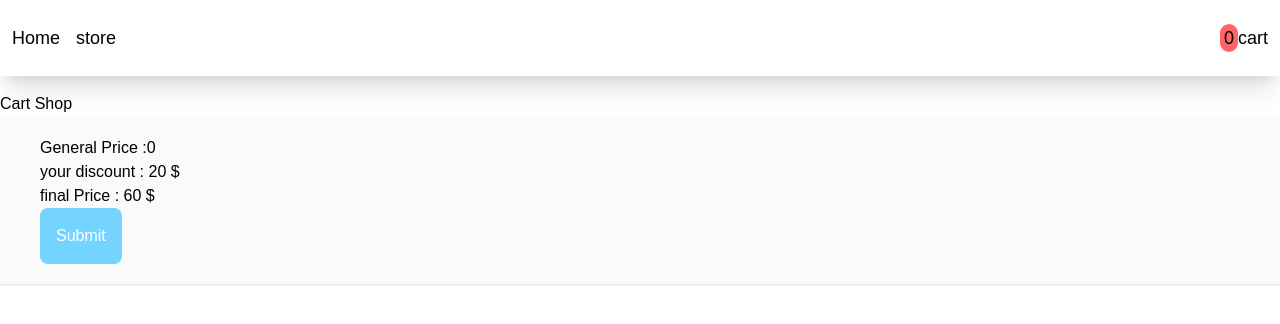
Repository: Rohullah-Noori/Nextjs-online-shop
Page: /cart
These files come from the project's save history. The page is drawn as it stood at one moment and after the next save; the edit follows.
The browser window is 1280 px wide. The pictures show the whole page.
The project was rebuilt for these pictures with package versions that can differ from the ones it lists, and the page was loaded fresh each time. The framework's server and built-in components were replaced by stand-ins that run in the browser. Requests to the local data server were answered from the project's data file. Also part of the build but not shown: next.config.ts, src/app/components/AddToCart.tsx, src/app/components/CartItem.tsx.

Above is the page before, as saved 2025-05-13 16:32:10.

### src/app/cart/page.tsx
"use client";

import React, { useEffect, useState } from "react";
import Container from "../components/Container";
import CartItem from "../components/CartItem";
import { useShopingContextCustim } from "../context/page";
import axios from "axios";
import { IProductsProps } from "../components/Products";
import { formatNumber } from "@/utils/number";

export default function Cart() {
  const { cart } = useShopingContextCustim();

  const [data, setData] = useState<IProductsProps[]>([]);

  useEffect(() => {
    axios(`http://localhost:3004/products`).then((res) => {
      const { data } = res;
      setData(data);
    });
  }, []);

  console.log(data);

  return (
    <Container>
      <h1>Cart Shop</h1>
      {cart.map((item) => (
        <CartItem key={item.id} {...item} />
      ))}

      <div className="shadow bg-gray-50 gap-y-3 px-10 py-5 ">
        <p>
          General Price :
          <span>
            {formatNumber(
              cart.reduce((total, item) => {
                const selectedproduct = data.find(
                  (product) => product.id == item.id.toString()
                );
                return total + (selectedproduct?.price ?? 0) * item.qty;
              }, 0)
            )}
          </span>
        </p>
        <p>
          your discount : <span>20 $</span>{" "}
        </p>
        <p>
          final Price : <span>60 $</span>
        </p>
        <div className=" flex justify-start gap-x-3">
          <button className=" p-4 rounded-lg bg-sky-300 text-white">
            Submit
          </button>
          {/* <input
            type="text"
            value={"please enter your discount code"}
            className="w-[300px] bg-sky-50 rounded-lg px-3 text-gray-400"
          /> */}
        </div>
      </div>
    </Container>
  );
}

### src/app/components/Layout.tsx
import React from "react";
import Navbar from "./Navbar";

interface IlayoutProps {
  children: React.ReactNode;
}

export default function Layout({ children }: IlayoutProps) {
  return (
    <div>
      <Navbar />
      {children}
    </div>
  );
}

### src/app/context/page.tsx
"use client";
import React, { createContext, useContext, useState } from "react";

type IshopContextProps = {
  children: React.ReactNode;
};

type cartItems = {
  id: number;
  qty: number;
};

type TshopingContext = {
  cart: cartItems[];
  HandleincreasetoCard: (id: number) => void;
  getProductqty: (id: number) => number;
  totalitemsqty: number;
  handledecreasetoCard: (id: number) => void;
  RemovehandleSubmit: (id: number) => void;
};

const shopingContext = createContext({} as TshopingContext);

export const useShopingContextCustim = () => {
  return useContext(shopingContext);
};

export default function ConextShop({ children }: IshopContextProps) {
  const [cart, setCart] = useState<cartItems[]>([]);

  const getProductqty = (id: number) => {
    return cart.find((item) => item.id == id)?.qty ?? 0;
  };

  const totalitemsqty = cart.reduce((totalgqty, item) => {
    return totalgqty + item.qty;
  }, 0);

  const HandleincreasetoCard = (id: number) => {
    setCart((prev) => {
      const isnotExist = prev.find((item) => item.id === id) == null;
      if (isnotExist) {
        return [...prev, { id: id, qty: 1 }];
      } else {
        return prev.map((item) => {
          if (item.id == id) {
            return { ...item, qty: item.qty + 1 };
          } else {
            return item;
          }
        });
      }
    });
  };

  const handledecreasetoCard = (id: number) => {
    setCart((prev) => {
      const islastOne = prev.find((item) => item.id == id)?.qty == 1;
      if (islastOne) {
        return prev.filter((item) => item.id != id);
      } else {
        return prev.map((item) => {
          if (item.id == id) {
            return {
              ...item,
              qty: item.qty - 1,
            };
          } else {
            return item;
          }
        });
      }
    });
  };

  const RemovehandleSubmit = (id: number) => {
    setCart((prev) => {
      return prev.filter((item) => item.id != id);
    });
  };

  return (
    <shopingContext.Provider
      value={{
        cart,
        HandleincreasetoCard,
        getProductqty,
        totalitemsqty,
        handledecreasetoCard,
        RemovehandleSubmit,
      }}
    >
      {children}
    </shopingContext.Provider>
  );
}

### src/app/components/Container.tsx
import React from "react";
interface IContainerProps {
  children: React.ReactNode;
}

export default function Container({ children }: IContainerProps) {
  return <div className="container mx-auto">{children}</div>;
}

### src/utils/number.tsx
export function formatNumber(num: number) {
  return num.toString().replace(/\B(?=(\d{3})+(?!\d))/g, ",");
}

### src/app/components/Navbar.tsx
"use client";
import Link from "next/link";
import { usePathname } from "next/navigation";

import React from "react";
import Container from "./Container";
import { useShopingContextCustim } from "../context/page";

export default function Navbar() {
  const { totalitemsqty } = useShopingContextCustim();
  const pathname = usePathname();
  const navlinks = [
    {
      title: "Home",
      href: "/",
    },
    {
      title: "store",
      href: "/store",
    },
  ];

  return (
    <nav className="  flex p-3 mb-4 text-lg  shadow-xl  ">
      <Container>
        <div className="flex justify-between my-3 ">
          <div>
            {navlinks.map((item) => (
              <Link
                key={item.href}
                className={`mr-4 ${
                  pathname === item.href ? "text-sky-400" : ""
                }`}
                href={item.href}
              >
                {item.title}
              </Link>
            ))}
          </div>
          <div>
            <span className="bg-red-400 rounded-4xl p-1">{totalitemsqty}</span>
            <Link href="/cart">cart</Link>
          </div>
        </div>
      </Container>
    </nav>
  );
}

### database/db.json
{
  "products": [
    {
      "id": "1",
      "title": " Product 1",
      "price": 30,
      "description": "Kitchen sinks are essential for washing dishes, vegetables, and hands.\nKitchen lamps provide focused lighting for cooking and food preparation.\nCabinets store utensils, cookware, and pantry items in an organized way.\nCountertops offer space for chopping, mixing, and serving meals.\nStoves and ovens are central for cooking a variety of dishes.\nRefrigerators keep food fresh and beverages cold.\nThese materials make the kitchen functional, efficient, and enjoyable to use.",
      "image": "https://m.media-amazon.com/images/I/71r1BLOWnkL._AC_UF894,1000_QL80_.jpg"
    },
    {
      "id": "2",
      "title": " Product 2",
      "price": 10,
      "description": "Household cleaners like glass and ceramic cleaners help keep surfaces shiny and free from stains.\nThey remove dirt, grease, and bacteria, making the home healthier.\nGlass cleaners leave mirrors and windows streak-free and crystal clear.\nCeramic cleaners restore the shine of tiles and prevent mold growth.\nRegular use of these products extends the life of surfaces.\nThey also reduce unpleasant odors and leave a fresh scent.\nUsing the right cleaner makes cleaning faster and more effective.",
      "image": "https://media.istockphoto.com/id/510693044/photo/house-cleaning-product-on-wood-table.jpg?s=612x612&w=0&k=20&c=EZfeRCDgSMPnqG684zQBOqyNfDGx9JWTXS1Q2Lhrjy4="
    },
    {
      "id": "3",
      "title": " Product 3",
      "price": 20,

      "description": "Household cleaning tools like toothbrushes and bathroom brushes help maintain personal and home hygiene.\nToilet brushes are essential for keeping toilets clean and germ-free.\nShampoo is not only for hair but can also be used for gentle surface cleaning.\nCeramic cleaners remove stains and keep tiles shiny and fresh.\nKitchen floor cleaners remove grease and food residue for a safer cooking space.\nYard floor cleaners help",

      "image": "https://t3.ftcdn.net/jpg/01/91/32/34/360_F_191323402_W2ATUPr8dGHALHrvyX4WVlEDz4qXmmd9.jpg"
    },
    {
      "id": "4",
      "title": " Product 4",
      "price": 100,
      "description": "Bedroom essentials like pillows and beds provide comfort and support for restful sleep.\nSoft blankets and bed sheets add warmth and relaxation.\nCurtains help control light and add privacy to your room.\nClosets and drawers keep clothes and accessories organized.\nNightstands are useful for holding lamps, books, or phones.\nCarpets add a cozy feeling and reduce noise in the room.\nThese home materials make the bedroom more comfortable and functional.",
      "image": "https://a-static.besthdwallpaper.com/colorful-cartoon-design-with-open-door-and-household-items-wallpaper-1152x768-102826_36.jpg"
    },
    {
      "id": "5",
      "title": " Product 5",
      "price": 80,
      "description": "Chairs provide comfortable seating and come in various styles for different rooms.\nLamps add both light and ambiance, making spaces feel warm and inviting.\nWall art and paintings bring personality and color to your home.\nShelves and stands help organize books, plants, and decorative items.\nRugs define areas and add texture to floors.\nMirrors enhance light and make rooms appear more spacious.\nDecorations reflect your style and turn a house into a home.",
      "image": "https://plus.unsplash.com/premium_photo-1683133958062-12afa652a4fb?fm=jpg&q=60&w=3000&ixlib=rb-4.0.3&ixid=M3wxMjA3fDB8MHxzZWFyY2h8OXx8aG9tZSUyMGRlY29yfGVufDB8fDB8fHww"
    },
    {
      "id": "6",
      "title": " Product 6",
      "price": 5,
      "description": "Fruits are a natural source of vitamins, minerals, and fiber. They come in a variety of colors, shapes, and flavors. Eating fruits regularly helps boost your immune system. Some common fruits include apples, bananas, oranges, and grapes. Fruits are a delicious and healthy snack for any time of day.Many fruits grow on trees, bushes, or vines depending on the type. Tropical fruits like mangoes and pineapples thrive in warm climates.",

      "image": "https://t3.ftcdn.net/jpg/06/06/15/56/360_F_606155606_rFYHJP0uKgPNdpT3NoDbucxp0h38rlWb.jpg"
    }
  ]
}

Loaded but not shown: src/app/layout.tsx (common file); src/app/globals.css (common file)

After the next save:
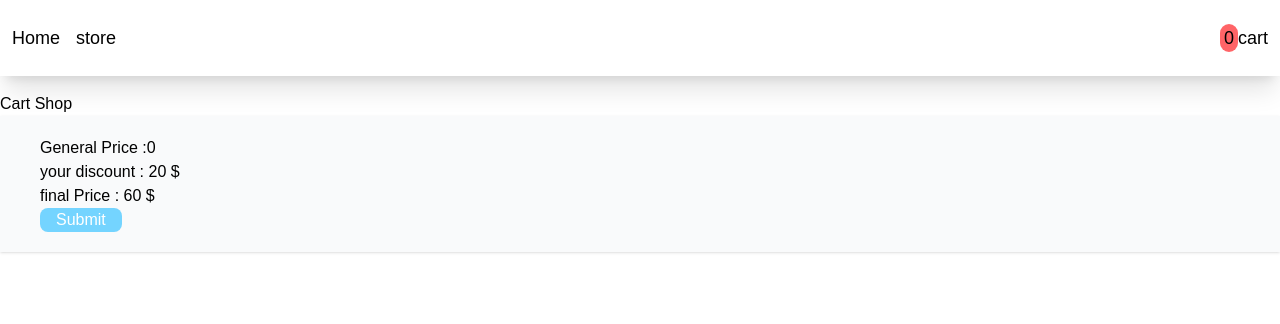
Saved 6 s later.
--- a/src/app/cart/page.tsx
+++ b/src/app/cart/page.tsx
@@ -50,7 +50,7 @@ export default function Cart() {
           final Price : <span>60 $</span>
         </p>
         <div className=" flex justify-start gap-x-3">
-          <button className=" p-4 rounded-lg bg-sky-300 text-white">
+          <button className=" px-4 rounded-lg bg-sky-300 text-white">
             Submit
           </button>
           {/* <input
